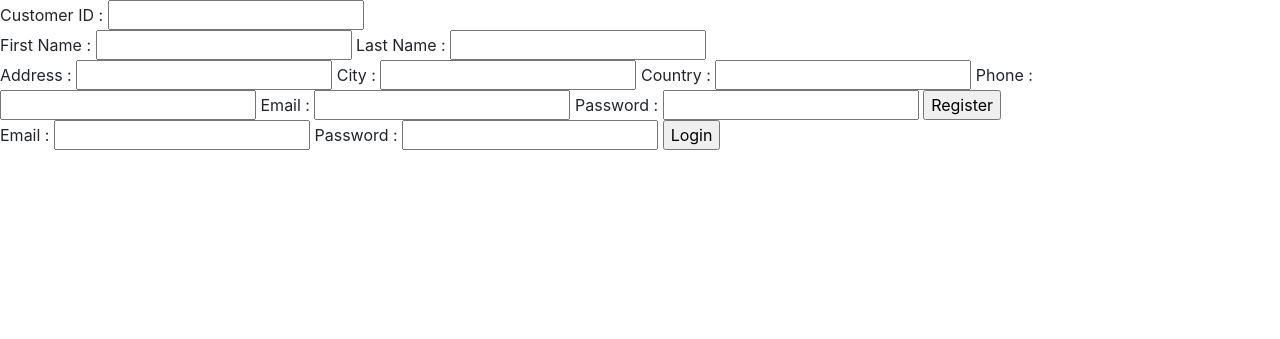
Repository: hassaanbk/CruiseBookingAndManaging
Page: http://localhost/home
An editor plug-in stored every save of this project. The page is shown before and after the next save, followed by the edit.
The browser window is 1280 px wide. The pictures show the whole page.
The page is this project's Thymeleaf template; nobody is signed in. The template is opened directly, without the code that normally fills it, so the values that code supplies are empty.

Above is the page before, as saved 2022-12-13 04:28:02.

### CustomerMicroService/src/main/resources/templates/home.html
<!DOCTYPE html>

<html xmlns:th="http://www.thymeleaf.org">

<head>

	<meta charset="ISO-8859-1">

	<title>Home</title>
<link rel="stylesheet" href="https://cdn.jsdelivr.net/npm/bootstrap@4.3.1/dist/css/bootstrap.min.css" integrity="sha384-ggOyR0iXCbMQv3Xipma34MD+dH/1fQ784/j6cY/iJTQUOhcWr7x9JvoRxT2MZw1T" crossorigin="anonymous">

</head>

<body class="flexbox">

	<form action="register" method="POST">

		Customer ID : <input type="text" name="custId" /> </br>

		First Name : <input type="text" name="firstName" />

		Last Name : <input type="text" name="lastName" /></br>

		Address : <input type="text" name="address" />

		City : <input type="text" name="city" />

		Country : <input type="text" name="country" />

		Phone : <input type="text" name="phone" />

		Email : <input type="email" name="email" />

		Password : <input type="password" name="password" />

		<input type="submit" name="Add Employee" value="Register" />

	</form>

	<form action="login" method="POST">

		Email : <input type="email" name="email" />

		Password : <input type="password" name="password" />
		<input type="submit" name="Login" value="Login" />

	</form>

</body>

</html>

After the next save:
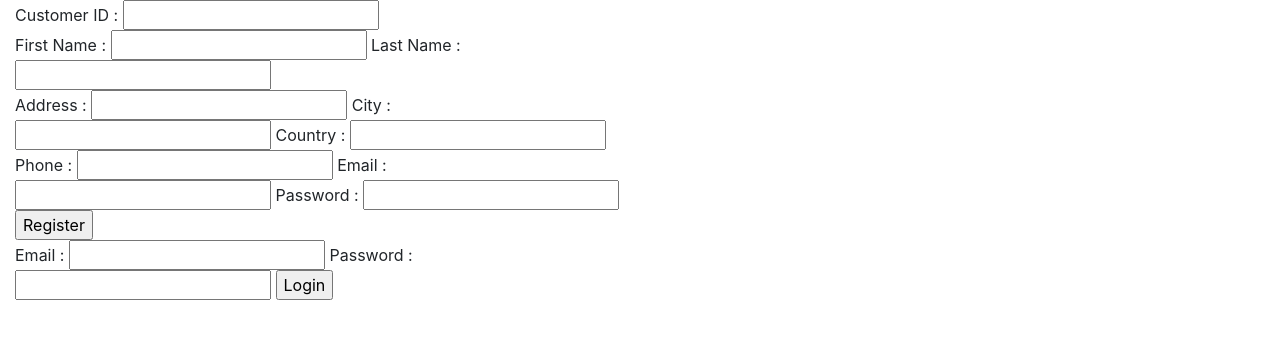
Saved 10 s later.
--- a/CustomerMicroService/src/main/resources/templates/home.html
+++ b/CustomerMicroService/src/main/resources/templates/home.html
@@ -11,7 +11,7 @@
 
 </head>
 
-<body class="flexbox">
+<body class="flexbox col-md-6">
 
 	<form action="register" method="POST">
 
